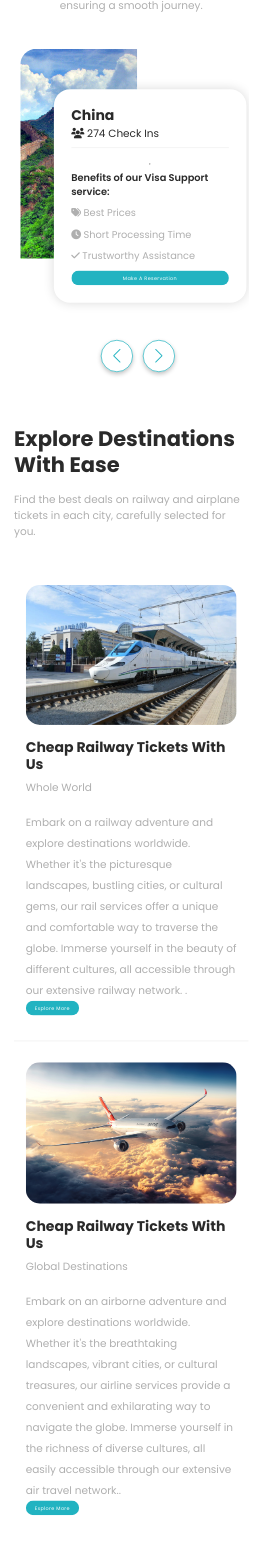
Repository: asadbekdev07/asadbekdev-zamontour-react
Page: /
The author's editor kept a copy of each file at every save. The page is drawn from the files as they stood at one save, then again after the next save.
The browser window is 375 px wide. The pictures show the part of the page from y = 1512 to 3752 px (the page is 3722 px tall before and 3752 px after), at 70% of full size.
The project was rebuilt for these pictures with package versions that can differ from the ones it lists, and the page was loaded fresh each time. Also part of the build but not shown: vite.config.js.

Above is the page before, as saved 2024-05-26 18:46:59.

After the next save:
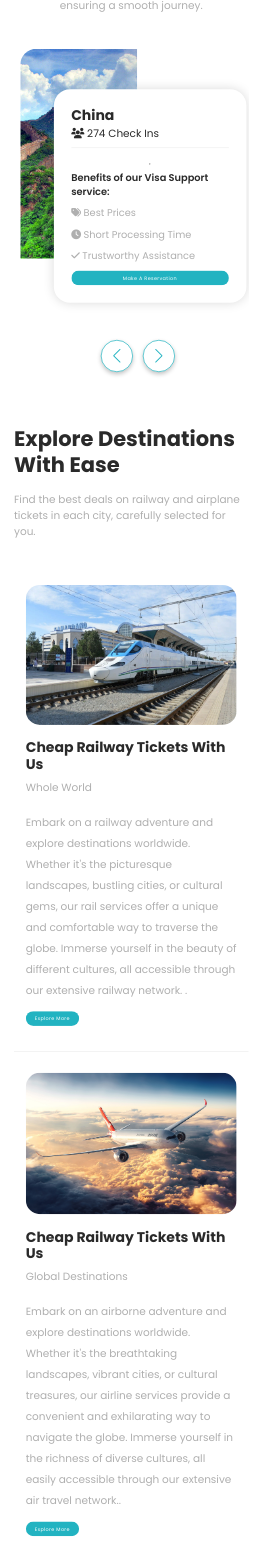
Saved 12 s later.
--- a/src/assets/styles/index.css
+++ b/src/assets/styles/index.css
@@ -921,6 +921,9 @@ select:-webkit-autofill:focus {
   .destination__button {
     display: none;
   }
+  .destination__inner-description {
+    margin-bottom: 15px;
+  }
 }
 
 @media only screen and (max-width: 500px) {
